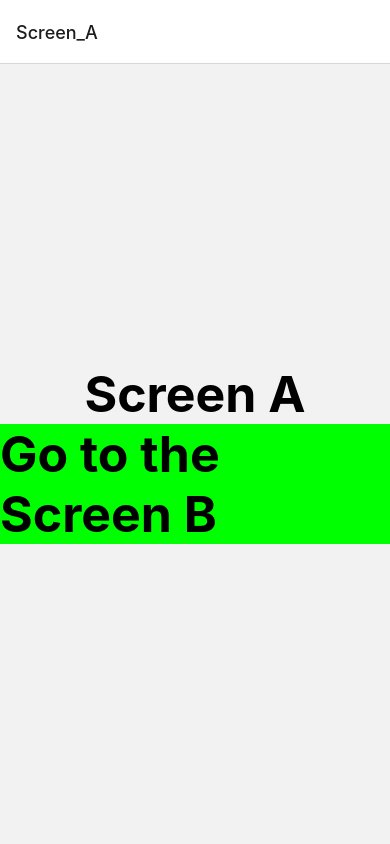
Repository: ntu34543/Navigation
Screen: /
An editor plug-in stored every save of this project. The screen is shown before and after the next save, followed by the edit.
The app was drawn by React Native's web renderer in a window 390 px wide. The project was rebuilt for these pictures with package versions that can differ from the ones it lists, and the page was loaded fresh each time.

Above is the screen before, as saved 2022-09-18 16:58:38.

After the next save:
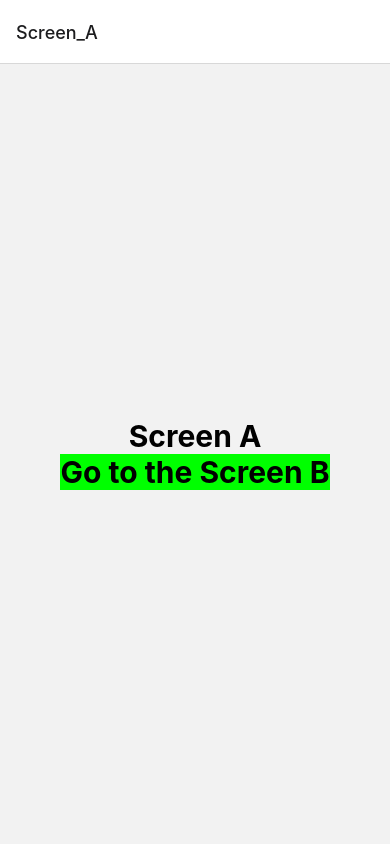
Saved 15 s later.
--- a/App.js
+++ b/App.js
@@ -50,7 +50,7 @@ const styles = StyleSheet.create({
     alignItems: "center",
   },
   text: {
-    fontSize: 50,
+    fontSize: 30,
     fontWeight: "bold",
   },
 });
